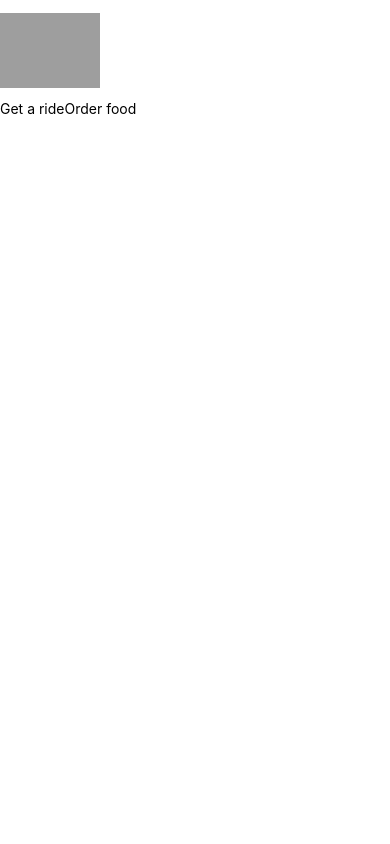
Repository: lakshithapramodya/uber
Screen: /HomeScreen
The author's editor kept a copy of each file at every save. The screen is drawn from the files as they stood at one save, then again after the next save.
Pictures or frames that could not be fetched are drawn as grey boxes. The app was drawn by React Native's web renderer in a window 390 px wide. The project was rebuilt for these pictures with package versions that can differ from the ones it lists, and the page was loaded fresh each time. Imported but missing from the stored project, and not drawn on this page: slices/navSlice.

Above is the screen before, as saved 2022-11-29 14:53:24.

### App.js
import { StatusBar } from "expo-status-bar";
import { StyleSheet, Text, View } from "react-native";
import { Provider } from "react-redux";
import HomeScreen from "./screens/HomeScreen";
import { store } from "./store";

export default function App() {
  return (
    <Provider store={store}>
      <HomeScreen />
    </Provider>
  );
}

### screens/HomeScreen.js
import { View, Text, SafeAreaView, Image } from "react-native";
import SafeViewAndroid from "../components/SafeViewAndroid";

import React from "react";
import NavOptions from "../components/NavOptions";

export default function HomeScreen() {
  return (
    <SafeAreaView style={SafeViewAndroid.AndroidSafeArea}>
      <View className="p-5">
        <Image
          source={{
            uri: "https://links.papareact.com/gzs",
          }}
          style={{
            width: 100,
            height: 100,
            resizeMode: "contain",
          }}
        />
        <NavOptions />
      </View>
    </SafeAreaView>
  );
}

### components/SafeViewAndroid.js
import { StyleSheet, Platform, StatusBar } from "react-native";

export default StyleSheet.create({
  AndroidSafeArea: {
    flex: 1,
    backgroundColor: "white",
    paddingTop: Platform.OS === "android" ? StatusBar.currentHeight : 0,
  },
});

### components/NavOptions.js
import { View, Text, FlatList, TouchableOpacity } from "react-native";
import React from "react";

export default function NavOptions() {
  const data = [
    {
      id: "123",
      title: "Get a ride",
      image: "https://links.papareact.com/3pn",
      screen: "MapScreen",
    },
    {
      id: "456",
      title: "Order food",
      image: "https://links.papareact.com/28w",
      screen: "EatsScreen",
    },
  ];

  return (
    <FlatList
      data={data}
      horizontal
      renderItem={({ item }) => (
        <TouchableOpacity>
          <Text>{item.title}</Text>
        </TouchableOpacity>
      )}
    />
  );
}

Loaded but not shown: store.js (common file)

After the next save:
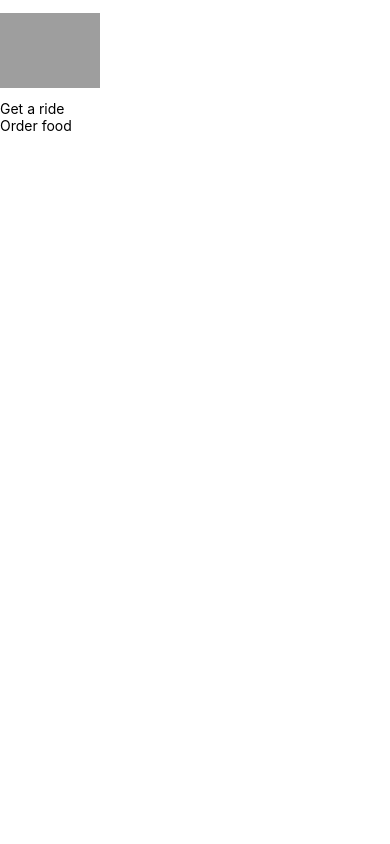
Saved 15 s later.
--- a/components/NavOptions.js
+++ b/components/NavOptions.js
@@ -20,7 +20,6 @@ export default function NavOptions() {
   return (
     <FlatList
       data={data}
-      horizontal
       renderItem={({ item }) => (
         <TouchableOpacity>
           <Text>{item.title}</Text>
